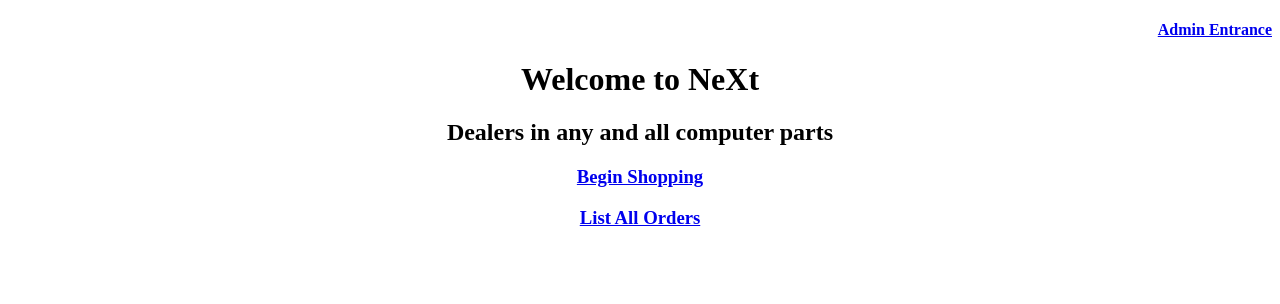
Repository: rstevenson6/304Project
Page: GroupProject/WebContent/shop.html
The author's editor kept a copy of each file at every save. The page is drawn from the files as they stood at one save, then again after the next save.
The browser window is 1280 px wide. The pictures show the whole page.

Above is the page before, as saved 2016-11-27 07:04:40.

After the next save:
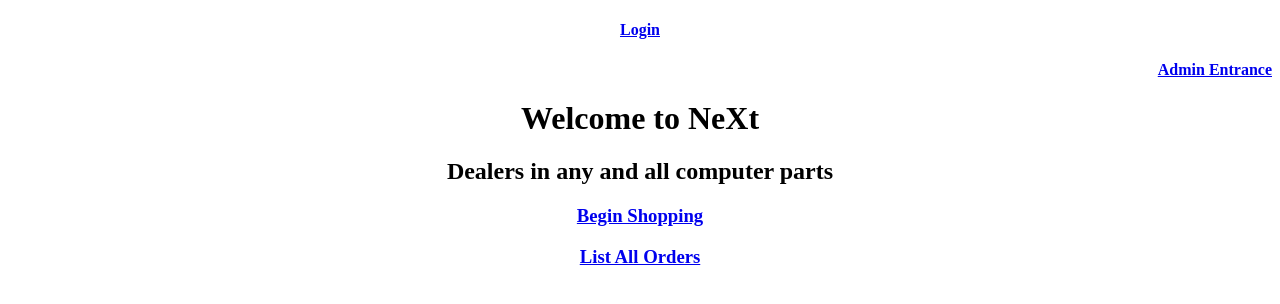
Saved 43 s later.
--- a/GroupProject/WebContent/shop.html
+++ b/GroupProject/WebContent/shop.html
@@ -4,6 +4,7 @@
         <title>NeXt Main page</title>
 </head>
 <body>
+<h4  align="center"><a href="Login.jsp">Login</a></h4>
 <h4 align="right"><a href="Login.jsp">Admin Entrance</a></h4>
 <h1 align="center"> Welcome to NeXt </h1>
 
